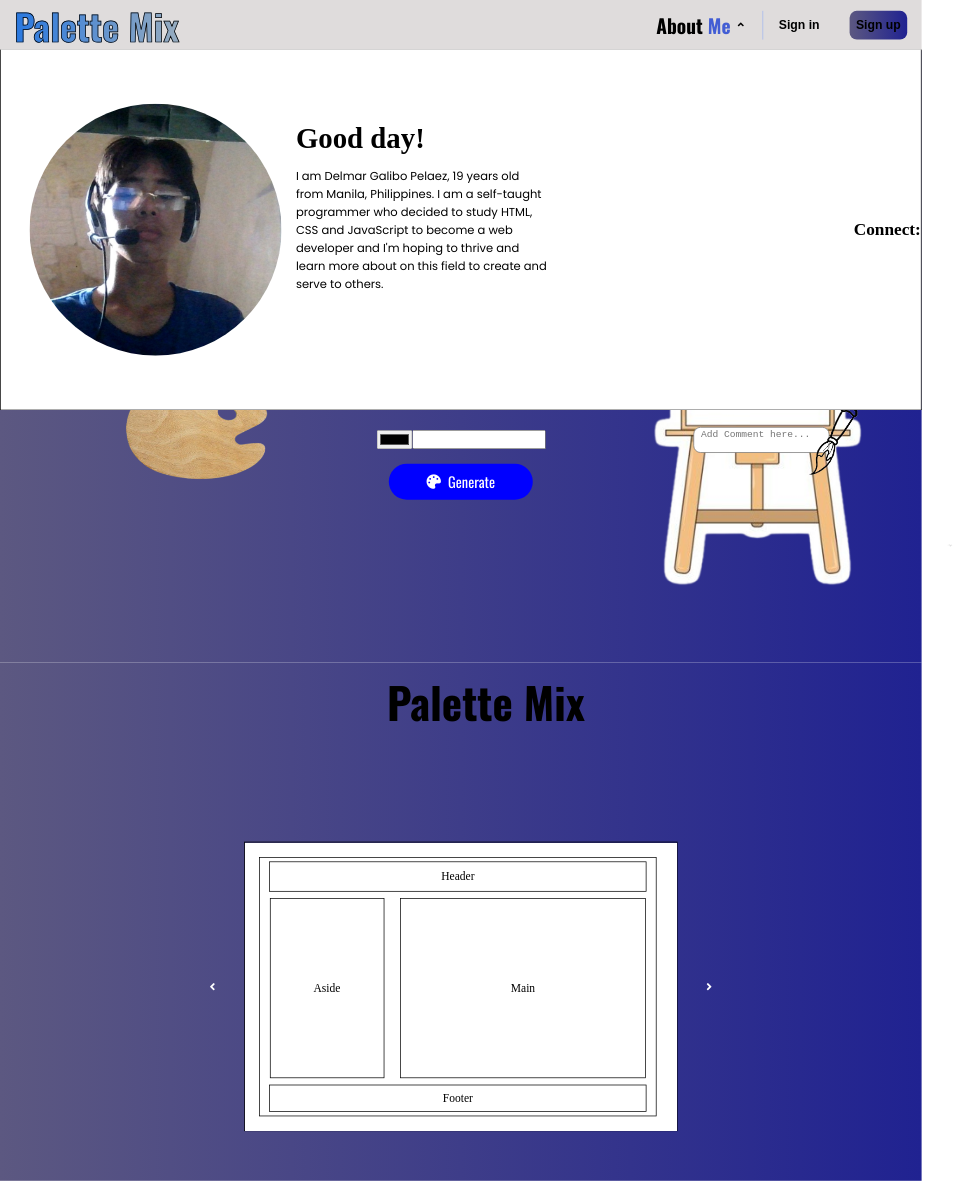
Repository: dmpelaez/Login-Signup-form
Page: Color/colorHeader.html
These files come from the project's save history. The page is drawn as it stood at one moment and after the next save; the edit follows.
The browser window is 1280 px wide. The page is 1353 px wide, so the pictures cover 1353 px, including what lies to the right of the window. The pictures show the whole page, at 72% of full size.
Some web libraries are served in a nearby version.

Above is the page before, as saved 2025-12-12 18:09:52.

### Color/colorHeader.html
<!DOCTYPE html>

  <html lang="en" dir="ltr">

    <head>

      <title>Palette Mix</title>
      <!--Style-->
      <link rel="stylesheet" href="colorHeader.css">
      <link rel="stylesheet" href="colorMain.css">
      <link rel="stylesheet" href="https://cdnjs.cloudflare.com/ajax/libs/font-awesome/5.14.0/css/all.min.css">
    </head>
    <body>

      <header class="color-header">
        <!--Title-->
        <a href="colorHeader.html">
          <section id="title" class="color-title">
            Palette Mix
          </section>
        </a>

        <!--End-->

        <!--Right side navigation bar-->
        <section class="navigation-bar">

          <!--About me-->
          <button class="about-me">
            <span class="aboutme">About <span class="me-text">Me</span></span>
            <i class="fas fa-angle-up"></i>
          </button>

          <!--Login & Signup form-->
          <div class="signin-signup">
            <button class="sign-in">
              Sign in
            </button>
            <button class="sign-up">
              Sign up
            </button>
          </div>
        </section>
        <!--End-->
        <div class="aboutmeSection">
          <div class="sectionAboutme">

            <img class="imageofme" alt="Creator Image" src="WIN_20241001_13_05_33_Pro.jpg">
            <P class="gd">Good day!</P>
            <p class="introduction">
              I am Delmar Galibo Pelaez, 19 years old from Manila, Philippines.
              I am a self-taught programmer who decided to study HTML, CSS and JavaScript to become
              a web developer and I'm hoping to thrive and learn more about on this field to create and serve to others.
            </p>

          </div>

          <div class="connectSection">
            <div class="contacts">
              <h2 class="connect-text">Connect:</h2>
            </div>

          </div>

        </div>


      </header>

      <main class="mainpage">

        <!--Main page-->
        <div class="main-page">

          <section class="title1">

            <h1 class="intro">Your color palettes generator!</h1>

            <h3 class="little-info">Create the perfect palette and get inspired by thousands of beautiful color schemes.</h3>
            <div class="sliding">
              <div class="colors">
              </div>
              <div class="colors2">
              </div>
              <div class="colors3">
              </div>
               <div class="colors4">
              </div>
            </div>

            <div class="colorSearch">
              <input type="color" class="colorbox">
              <Input type="text"  class="textbox">
              <img class="brush" src="brush.png">
              <img class="plate" src="plate.png">
              <img class="board" src="board.png">
                <div class="comment-section">
                  <h3 class="comment-text">Comment Here!</h3>
                  <ul class="comment-list"></ul>
                  <textarea class="comment-input" placeholder="Add Comment here..."></textarea>
                </div>
              </img>

            </div>

            <button class="generator">
              <i class="fas fa-palette"></i>
              Generate
            </button>
          </section>


        </div>

        <div class="theWhole">
          <div class="paletteText">Palette Mix</div>
          <div class="colorGenerator">
          </div>

          <div class="wholeDesign">
          <i id="leftIcon" class="fas fa-angle-left"></i>
              <div class="divBox">

            <!--Design 1-->


            <div class="divScroll">
              <div  class="div1">
                <div id="randomBox1" class="divpage1">
                  <header id="randomBox2" class="headerDiv1">Header</header>
                  <main  id="randomBox3" class="mainDiv1">
                    <div id="randomBox4" class="asideDiv1">Aside</div>
                    <div id="randomBox5" class="frontDiv1">Main</div>
                  </main>
                  <footer id="randomBox7" class="footerDiv1">Footer</footer>
                </div>
              </div>
              <!--Design 2-->
              <div  class="div2">
                <div id="randomBox1" class="divpage2">
                  <header id="randomBox2" class="headerDiv2">Header</header>
                    <div id="randomBox4" class="asideDiv2">Aside</div>
                    <div id="randomBox5" class="frontDiv2">Main</div>
                  <footer id="randomBox7" class="footerDiv2">Footer</footer>
                </div>
              </div>

              <!--Design 3-->

              <div  class="div3">
                <div id="randomBox1" class="divpage3">
                  <header id="randomBox2" class="headerDiv3">Header</header>
                    <div class="navBar">Navigation</div>
                    <div id="randomBox4" class="asideDiv3">Aside</div>
                    <div id="randomBox4" class="asideDiv32">Aside</div>
                    <div id="randomBox5" class="frontDiv3">Main</div>

                  <footer id="randomBox7" class="footerDiv3">Footer</footer>
                </div>
              </div>

            </div>
          </div>
          <i id="rightIcon"class="fas fa-angle-right"></i>



        </div>

        </div>


      </main>


      <script type="module" src="color.js"></script>

    </body>

  </html>

### Color/colorHeader.css
@import url('https://fonts.googleapis.com/css2?family=Anton&family=Oswald:wght@200..700&family=Poppins:ital,wght@0,100;0,200;0,300;0,400;0,500;0,600;0,700;0,800;0,900;1,100;1,200;1,300;1,400;1,500;1,600;1,700;1,800;1,900&family=Roboto:ital,wght@0,100..900;1,100..900&display=swap');

body {
  margin: 0;
  padding: 0;
}

.color-header {
  display: flex;
  justify-content: space-between;
  align-items: center;
  padding-left: 20px;
  padding-right: 20px;
  background: rgb(223, 220, 220);
  box-sizing: border-box;
  position: fixed;
  right: 0;
  left: 0;
  top: 0;
  height: 70px;
  border-bottom: 1px solid gray;
  z-index: 2;
}
@media (max-width: 670px) {
  .color-header {
    gap: 30px;
  }
}

a {
  text-decoration: none;
  flex-shrink: 0;
}

.color-title {
font-family: "Oswald", sans-serif;
font-weight: bold;
display: flex;
height: 50px;
font-size: 50px;
justify-content: start;
align-items: center;
-webkit-text-stroke: 1px black;
background: linear-gradient(90deg, rgb(41, 120, 224), rgb(150, 171, 190));
-webkit-background-clip: text;
-webkit-text-fill-color: transparent;
transition: all 0.3s ease;
cursor: pointer;
flex-shrink: 0;
}




.navigation-bar {
  display: Flex;
  justify-content: space-between;
  align-items: center;
  gap: 20px;
  height: 50px;
}
.signin-signup {
  display: Flex;
  border-left: 1px solid rgb(162, 183, 240);
  justify-content: space-between;
  align-items: center;
  gap: 30px;
  height: 40px;
  padding-left: 10px;
}

.sign-up {
  height: 40px;
  width: 80px;
  border-radius: 10px;
  border: none;
  background: transparent;
  color: black;
  font-family: arial;
  font-weight: bold;
  font-size: 17px;
  cursor: pointer;
  background: linear-gradient(90deg, rgb(92, 88, 129), rgb(32, 34, 145));
}
.sign-in {
  height: 40px;
  width: 80px;
  border-radius: 10px;
  border: none;
  background: transparent;
  color: black;
  font-family: arial;
  font-weight: bold;
  font-size: 17px;
  cursor: pointer;

}
.sign-in:hover,
.sign-up:hover {
background: linear-gradient(90deg, rgb(92, 88, 129), rgb(32, 34, 145));
  color: white;
}
.about-me {
  display: flex;
  justify-content: space-evenly;
  height: 40px;
  align-items: center;
  background-color: transparent;
  border: none;
  cursor: pointer;
  border-radius: 5px;
  flex-shrink: 0;
}
.about-me:hover {
  color: white;
  background: linear-gradient(90deg, rgb(92, 88, 129), rgb(32, 34, 145));
}
.aboutme {
  font-weight: bold;
  font-size: 27px;
  font-family: "Oswald";

}

.me-text {
  margin-right: 10px;
  color: rgb(66, 93, 212);
}

### Color/colorMain.css
@import url('https://fonts.googleapis.com/css2?family=Anton&family=Luckiest+Guy&family=Oswald:wght@200..700&family=Poppins:ital,wght@0,100;0,200;0,300;0,400;0,500;0,600;0,700;0,800;0,900;1,100;1,200;1,300;1,400;1,500;1,600;1,700;1,800;1,900&family=Roboto:ital,wght@0,100..900;1,100..900&display=swap');

body {
  height: 1580px;
}

.mainpage {
margin-top: 70px;
display: grid;
max-width: 1900px;
flex-shrink: 0;
position: relative;
}



.main-page {

}
.intro {
  font-weight: bold;
  font-size: 95px;
  white-space: wrap;
  font-family: "Oswald";
  flex-shrink: 0;
  display: flex;
  margin: 0px;
}


.aboutmeSection {
  display: flex;
  position: absolute;
  border: 1px solid black;
  background-color: white;
  left: 0;
  top: 100%;
  right: 0%;
  border-top: none;
  height: 500px;
  justify-content: space-between;
  align-items: center;
}
.sectionAboutme {
  display: flex;
  height: 200px;
  justify-content: center;
 align-items: center;
 position: relative;
 gap: 20px;
 padding-left: 40px;
}
.imageofme {
  width: 350px;
  height: 350px;
  object-fit: cover;
  border-radius: 50%;
}
.introduction {
  width: 350px;
  font-family: "Poppins";
}
.gd {
  font-weight: bold;
  font-size: 40px;
  white-space: nowrap;
  position: absolute;
  top: -90px;
  left: 410px;
}




.title1 {
  display: flex;
  flex-direction: column;
    width: 100%;
  height: 800px;
  justify-content: start;
  position: relative;
  padding-top: 50px;
  align-items: center;
 background: linear-gradient(90deg, rgb(92, 88, 129), rgb(32, 34, 145));
 transition: background 6s ease;

}


.animate-gradient {
  animation: gradientShift 6s infinite alternate;
}

.little-info {

  font-size: 19px;
  color: rgb(0, 0, 0);
  font-family: "Poppins";
}

.letters {
  display: inline-block;
  margin: 2px;
}

.letters:hover {
  cursor: pointer;
  transition: text-shadow 0.3s ease;

  animation: wiggle 0.2s infinite alternate;
}


@keyframes wiggle {
  from {transform: translateX(0);}
  to {transform: translateX(-10px);}
}
.colors,
.colors2,
.colors3,
.colors4  {
  display: flex;

   width: 500px;
  height: 150px;
  justify-content: center;

   gap: 10px;
}
.colors div,
.colors2 div,
.colors3 div,
.colors4 div {
  display: Flex;
  height: 145px;
  flex-direction: row;
  width: 200px;
  justify-content: center;
}
.box {
  display: Flex;
  align-items: center;
  justify-content: center;
  font-weight: bold;
  font-size: 19px;
  text-transform: uppercase;
  cursor: pointer;

  border-radius: 10px;
}
.sliding {

  height: 250px;
 position: relative;
 overflow: hidden;
 margin-bottom: 20px;
}
.colors,
.colors2,
.colors3,
.colors4 {
  animation: scrollUp 6s linear infinite;

}


@keyframes scrollUp {
  0%   { transform: translateY(0); }
  25%   { transform: translateY(-50%); }
  50%   { transform: translateY(-100%); }
  75%   { transform: translateY(-150%); }
  100% { transform: translateY(-205%); }
}

.colorSearch {
  display: Flex;
  position: relative;
}
.brush {
  position: absolute;
  width: 300px;
  object-fit: cover;
  z-index: 1;
  top: -250px;
  right: -580px;
  pointer-events: none;
}
.plate {
  position: absolute;
  width: 200px;
  left: -350px;
  top: -70px;


}
.board {
  position: absolute;
  width: 600px;
  top: -330px;
  left: 230px;
  pointer-events: none;
}

.comment-section {
  position: absolute;
  right: -394px;
  bottom: -20%;
  display: flex;
  flex-direction: column;
  height: 250px;
  justify-content: end;
  text-align: center;

}
.comment-list {
position: absolute;
bottom: 10%;
display: flex;
align-items: left;
justify-content: start;

gap: 10px;
height: 140px;
width: 189px;
padding: 0;
left: -16px;
flex-direction: column;
overflow-y: scroll;
padding-left: 10px;
}
.comment-text {
  margin: 0px;
  Position: absolute;
  top: 45px;
  left: 20px;
  white-space: nowrap;
}
.comment-input {
display: flex;
position: initial;
padding-left: 10px;
text-align: middle;
align-items: center;
justify-content: center;
border-radius: 10px;
outline: none;
}
.comments {
  display: flex;
  justify-content: start;
  text-align: left;
  width: 160px;
  white-space: normal;
  word-wrap: break-word;
  word-break: break-all;
  overflow-wrap: break-word;
  border: 1px solid gray;
  padding: 10px;
  padding-right: 0px;
}


.generator {
  display: flex;
  background: blue;
  border: none;
  border-radius: 50px;
  height: 50px;
  align-items: center;
  justify-content: center;
  margin-top: 20px;
  width: 200px;
  font-family: "Oswald";
  font-size: 20px;
  color: white;
  cursor: pointer;
}
.generator i {
  margin-right: 10px;
}

.colorGenerator {
  display: flex;


  height: 200px;
  width: 100%;
  align-self: center;
 justify-self: center;
 align-items: center;
 justify-content: center;
 gap: 10px;

}
.generateColor {
  display: flex;
  border-width: 1px;
  border-radius: solid;
  width: 200px;
  height: 100px;
  justify-content: center;
  align-items: center;
  cursor: pointer;
  color: black;
}

.paletteText {
  font-weight: bold;
  font-family: "Oswald";
  font-size: 60px;
  position: absolute;
  left: 42%;
  top: 0;
  right: 50%;
  white-space: nowrap;
  top: 10px;

}

.theWhole {
  height: 100vh;
  display: flex;
  flex-direction: column;
  justify-content: center;
  align-items: center;
  position: relative;
 background: linear-gradient(90deg, rgb(92, 88, 129), rgb(32, 34, 145));
}

.divBox {
  border: 1px solid black;
  height: 400px;
  width: 600px;
  display: flex;
  align-items: center;
  justify-content: center;
  align-self: center;
  justify-self: center;
  gap: 20px;
  background-color: white;
  overflow-x: auto;
  scroll-behavior: smooth;
  position: relative;
}
.divBox::-webkit-scrollbar {
  display: none;
}
.wholeDesign {
  display: flex;
  justify-content: center;
  align-items: center;
  margin-bottom: 20px;
}


.divBox i {
  cursor: pointer;
  margin-right: 10px;
  margin-left: 10px;

}

.divScroll {
  display: flex;
  justify-content: space-evenly;
  height: 90%;
  min-width: 90%;
  position: absolute;
  left: 20px;
  background-color: white;
  gap: 30px;

}

.div1{
  display: grid;
  border: 1px solid black;
  min-height: 90%;
  width: 550px;
  flex-direction: column;
  z-index: 1;


}


.div2 {
 display: grid;
  border: 1px solid black;
  min-height: 90%;
  width: 550px;
  flex-direction: column;
  z-index: 1;

}
.div3 {
  display: grid;
  border: 1px solid black;
  min-height: 90%;
  width: 550px;
  flex-direction: column;
  z-index: 1;
  margin-right: 20px;

}





.divpage1 {
  display: flex;
   z-index: 2;
   flex-direction: column;
  height: 100%;
  min-width: 100%;
  justify-content: space-between;
  align-items: center;

}

.headerDiv1 {
  display: flex;
  align-items: center;
  justify-content: center;
  height: 40px;
  border: 1px solid black;
  min-width: 95%;
  margin-top: 5px;
  z-index: 2;
  background-color: white;
}
.mainDiv1{
  display: flex;
   z-index: 2;
  height: 70%;
  min-width: 95%;
  justify-content: space-between;

}
.footerDiv1 {
  display: flex;
  border: 1px solid black;
  min-width: 95%;
  justify-content: center;
  height: 10%;
  align-items: center;
  margin-bottom: 5px;
    z-index: 2;
    background-color: white;
}
.asideDiv1 {
  border: 1px solid black;
  min-width: 30%;
  display: flex;
  align-items: center;
  justify-content: center;
  z-index: 2;
  background-color: white;
}
.frontDiv1 {
  display: flex;
  border: 1px solid black;
  min-width: 65%;
  justify-content: center;
  align-items: center;
  z-index: 2;
  background-color: white;
}





.divpage2 {
  display: grid;
grid-template-columns: 150px 1fr 1fr 1fr;
grid-template-rows: 150px 1fr 1fr 1fr;
row-gap: 10px;
column-gap: 10px;
margin: 10px;
}
.headerDiv2 {
  grid-row: 1 / 3 span;
  display: flex;
  justify-content: center;
  align-items: center;
  border: 1px solid black;
  background-color: white;
}

.footerDiv2 {
  grid-row: 4 / 1 span;
  grid-column: 4 span;
  display: flex;
  justify-content: center;
  align-items: center;
  border: 1px solid black;
  background-color: white;
}


.frontDiv2 {
grid-column: 2 / 3 span;
grid-row: 1 / 2 span;
display: flex;
justify-content: center;
align-items: center;
border: 1px solid black;
background-color: white;
}
.asideDiv2 {
  grid-column: 2 / 3 span;
  display: flex;
  justify-content: center;
  align-items: center;
  border: 1px solid black;
  background-color: white;
}




.divpage3 {
  display: grid;
  grid-template-columns: 150px 1fr 150px;
  grid-template-rows: 50px 40px 1fr 1fr 40px;
  row-gap: 10px;
  column-gap: 10px;
  margin: 10px;

}
.headerDiv3 {
  grid-column: 1 / 3 span;
  display: flex;
  justify-content: center;
  align-items: center;
  border: 1px solid black;
  background-color: white;
}
.navBar {
  grid-column: 1 / 3 span;
  display: flex;
  justify-content: center;
  align-items: center;
  border: 1px solid black;
background-color: white;
}
.asideDiv3 {
  display: flex;
  border: 1px solid black;
  justify-content: center;
  align-items: center;
background-color: white;
}
.asideDiv32 {
  display: Flex;
  border: 1px black solid;
  grid-row: 4;
  justify-content: center;
  align-items: center;
  background-color: white;
}
.frontDiv3 {
  display: flex;
  justify-content: center;
  align-items: center;
  border: 1px solid black;
  grid-row: 3 / 2 span;
  grid-column: 2 / 2 span;
  background-color: white;
}
.footerDiv3 {
  display: Flex;
  align-items: center;
  justify-content: center;
  border: 1px solid black;
  grid-column: 1 / 3 span;
  background-color: white;
}




#leftIcon {
  cursor: pointer;
  color: white;
  margin-right: 20px;
  padding: 20px;
}
#rightIcon {
  cursor: pointer;
  margin-left: 20px;
  padding: 20px;
 color: white;
}

Loaded but not shown: Color/color.js (458 lines, source omitted)

After the next save:
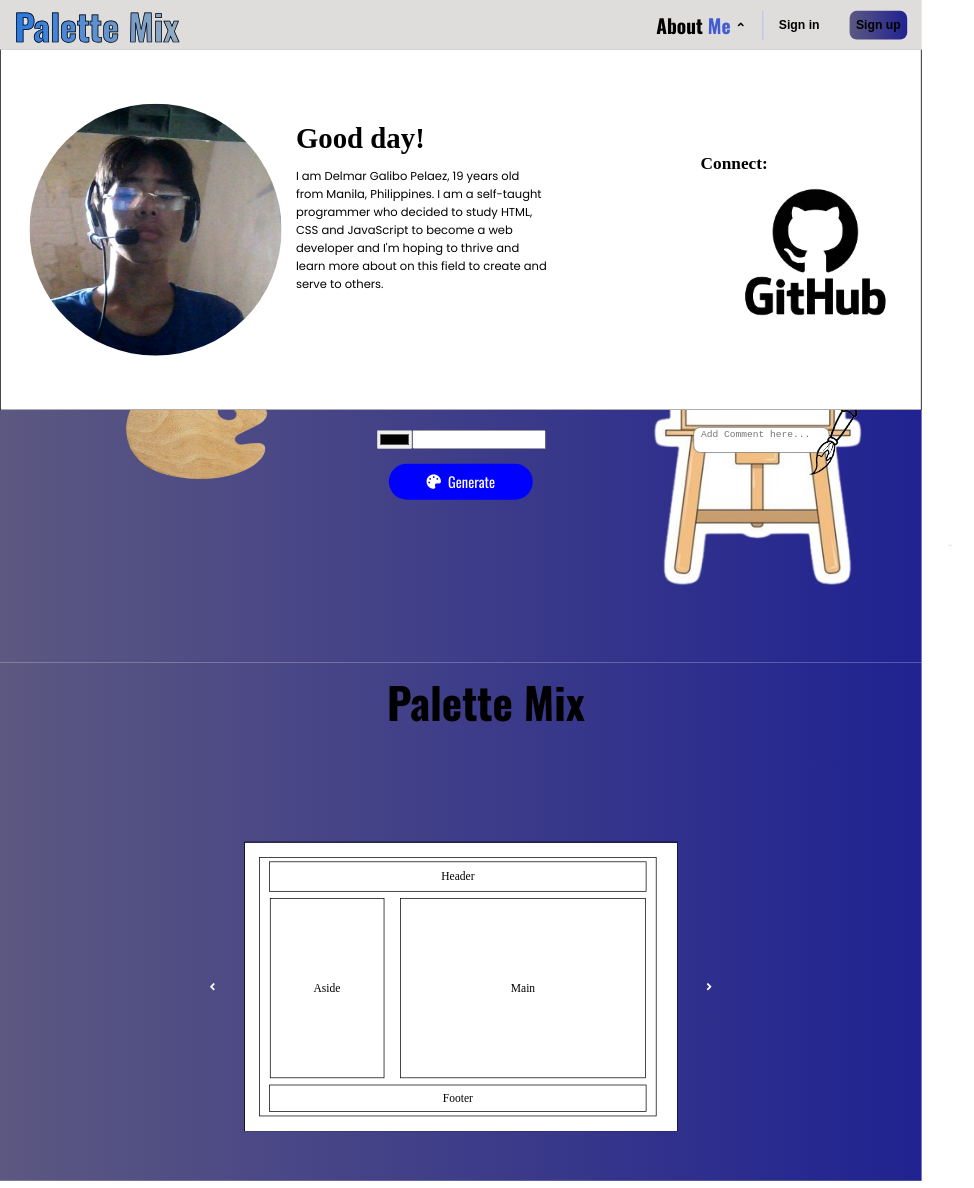
Saved 76 s later.
--- a/Color/colorHeader.html
+++ b/Color/colorHeader.html
@@ -58,6 +58,7 @@
           <div class="connectSection">
             <div class="contacts">
               <h2 class="connect-text">Connect:</h2>
+              <img class="github" alt="Github" src="download__1_-removebg-preview.png">
             </div>
 
           </div>
